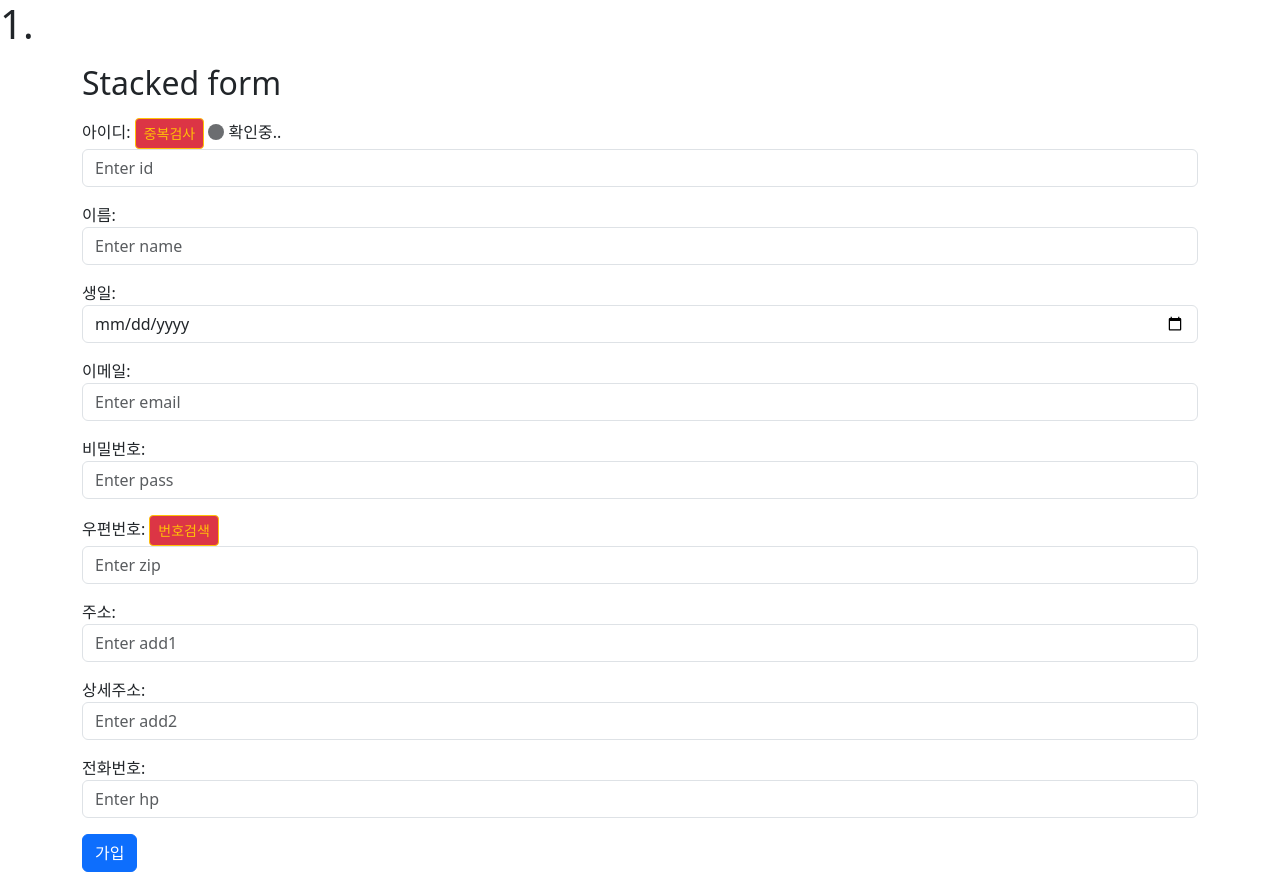
Repository: prawniel99/05_JQuery
Page: workspace/jqpro/WebContent/비동기6_ajax/join.html
The author's editor kept a copy of each file at every save. The page is drawn from the files as they stood at one save, then again after a run of saves.
The browser window is 1280 px wide. The pictures show the whole page.

Above is the page before, as saved 2024-08-29 03:29:02.

After the next 3 saves:
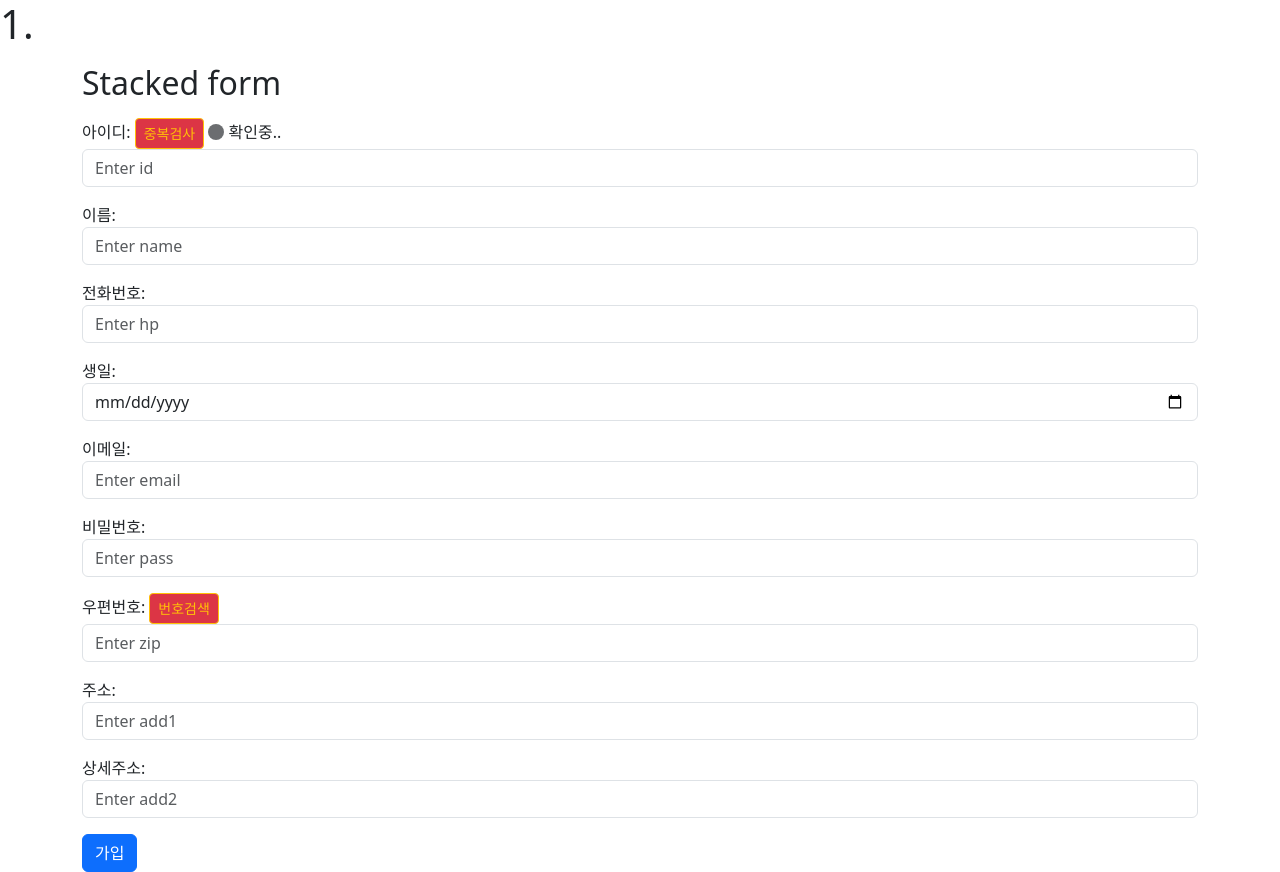
The 3 saves are shown as one change because they came seconds apart.
The last was saved 60 s later.
--- a/workspace/jqpro/WebContent/비동기6_ajax/join.html
+++ b/workspace/jqpro/WebContent/비동기6_ajax/join.html
@@ -46,6 +46,11 @@
 				</div>
 
 				<div class="mb-3 mt-3">
+					<label for="hp">전화번호:</label>
+					<input type="text" class="form-control" id="hp" placeholder="Enter hp" name="mem_hp"> <!-- name은 db와 일치시킨 VO와 일치시켜야 한다 -->
+				</div>
+
+				<div class="mb-3 mt-3">
 					<label for="bir">생일:</label>
 					<input type="date" class="form-control" id="bir" placeholder="Enter bir" name="mem_bir"> <!-- name은 db와 일치시킨 VO와 일치시켜야 한다 -->
 				</div>
@@ -76,11 +81,6 @@
 					<input type="text" class="form-control" id="add2" placeholder="Enter add2" name="mem_add2"> <!-- name은 db와 일치시킨 VO와 일치시켜야 한다 -->
 				</div>
 
-				<div class="mb-3 mt-3">
-					<label for="hp">전화번호:</label>
-					<input type="text" class="form-control" id="hp" placeholder="Enter hp" name="mem_hp"> <!-- name은 db와 일치시킨 VO와 일치시켜야 한다 -->
-				</div>
-
 				<button type="button" class="btn btn-primary">가입</button>
 			</form>
 		</div>
